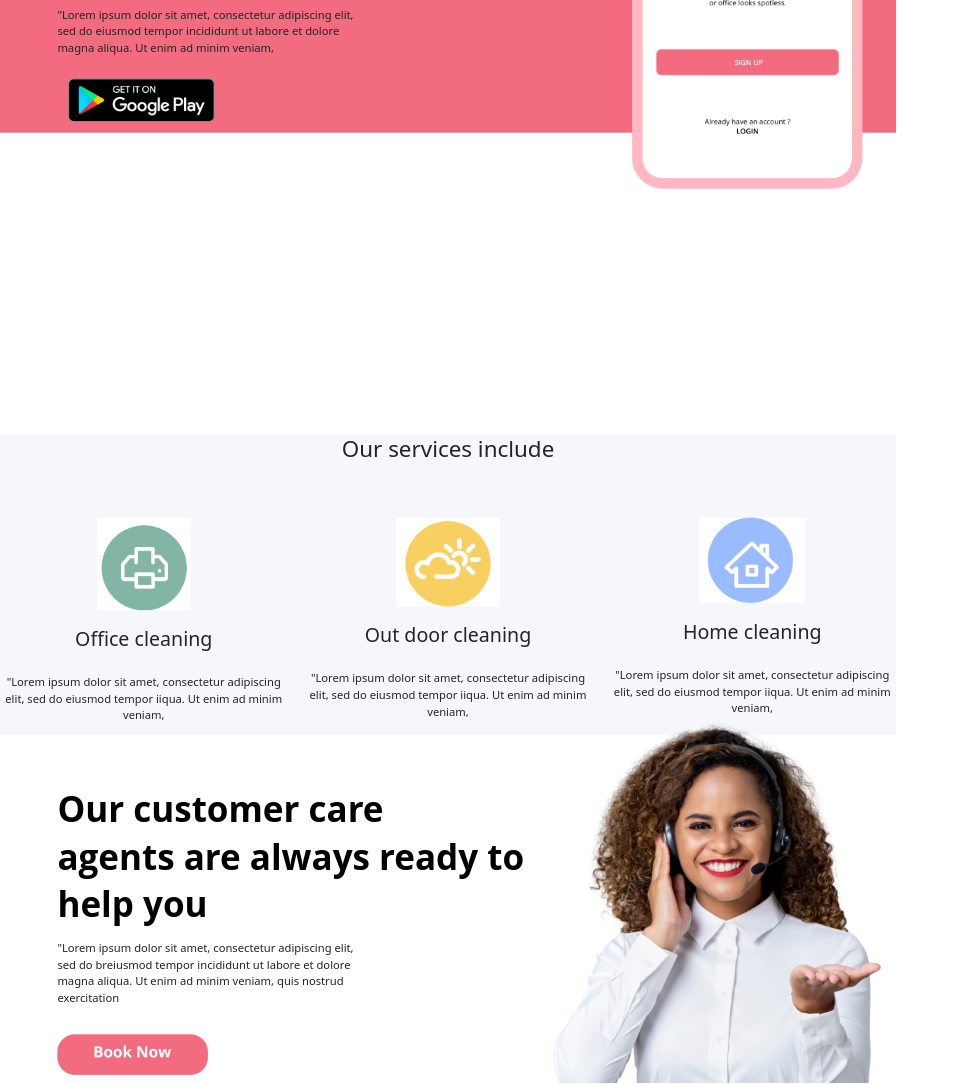
Repository: uy022/QuocUybaitapgiuaki
Page: index.html
The author's editor kept a copy of each file at every save. The page is drawn from the files as they stood at one save, then again after the next save.
The browser window is 1280 px wide. The page is 1393 px wide, so the pictures cover 1393 px, including what lies to the right of the window. The pictures show the part of the page from y = 1181 to 2941 px (the page is 2729 px tall before and 2941 px after), at 70% of full size.

Above is the page before, as saved 2022-08-31 02:18:04.

After the next save:
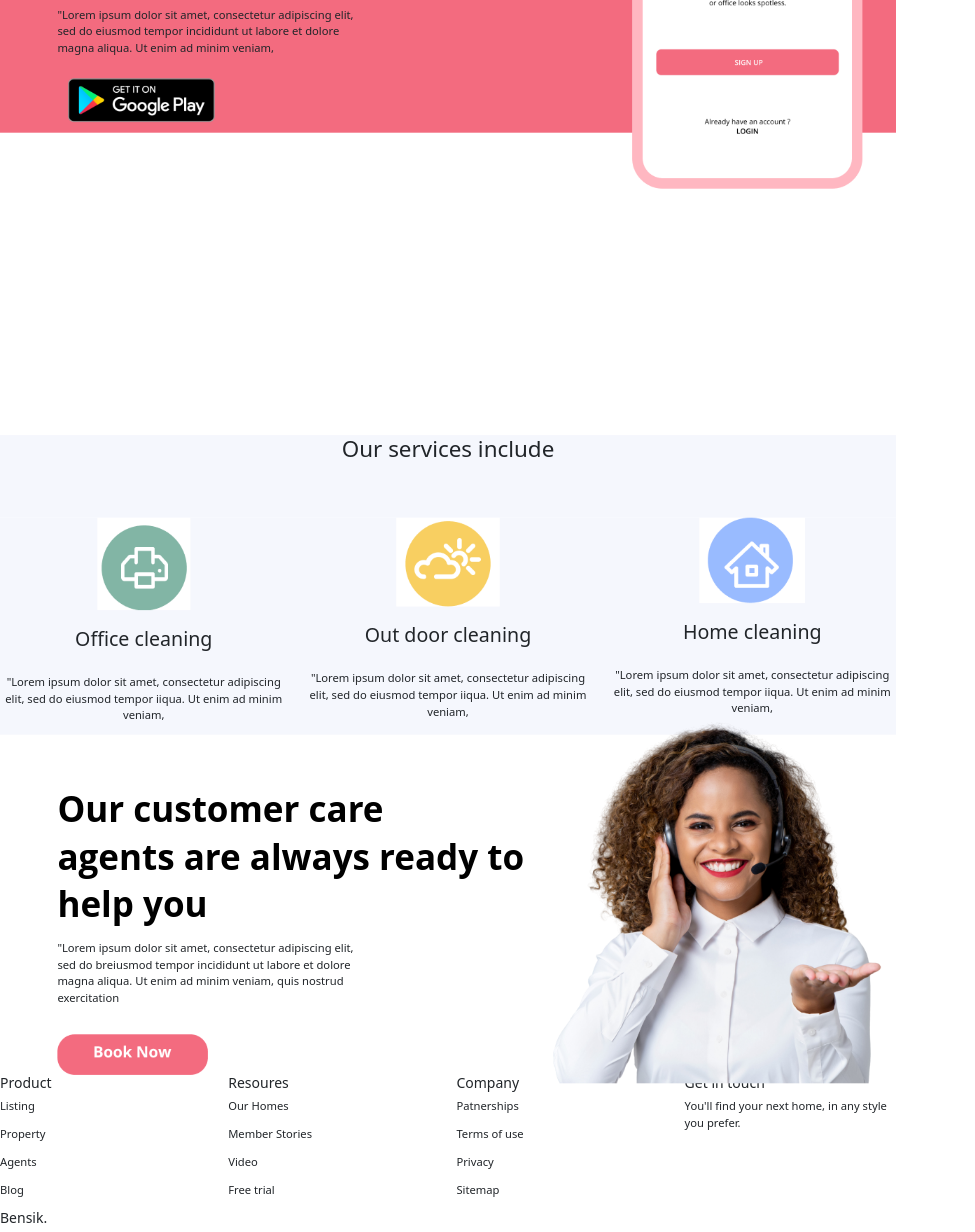
Not found: image/Facebook icon.png
Not found: image/lindedin icon.png
Not found: image/twitter icon.png
Saved 4 min 44 s later.
--- a/index.html
+++ b/index.html
@@ -156,6 +156,49 @@
 
       </div>
 
+      <div class="footer">
+        <div class="row align-items-start">
+          <div class="col">
+            <h5>Product</h5>
+            <p>Listing</p>
+            <p>Property</p>
+            <p>Agents</p>
+            <div>Blog</div>
+          </div>
+          <div class="col">
+            <h5>Resoures</h5>
+            <p>Our Homes</p>
+            <p>Member Stories</p>
+            <p>Video</p>
+            <p>Free trial</p>
+          </div>
+          <div class="col">
+            <h5>Company </h5>
+            <p>Patnerships</p>
+            <p>Terms of use</p>
+            <p>Privacy</p>
+            <p>Sitemap</p>
+          </div>
+          <div class="col">
+            <h5>Get in touch</h5>
+            <p>You'll find your next home, in any style you prefer.</p>
+            <div class="n row">
+            <div class="col-4">
+              <img src="./image/Facebook icon.png" alt="">
+            </div >
+            <div class="col-4">
+              <img src="./image/twitter icon.png" alt="">
+            </div>
+            <div class="col-4">
+              <img src="./image/lindedin icon.png" alt="">
+            </div>
+            </div>
+          </div>
+      </div>
+      <div>
+        <h5>Bensik.</h5>
+      </div>
+
 
     </body>
     <script src="/node_modules/bootstrap/dist/js/bootstrap.min.js"> </script>
